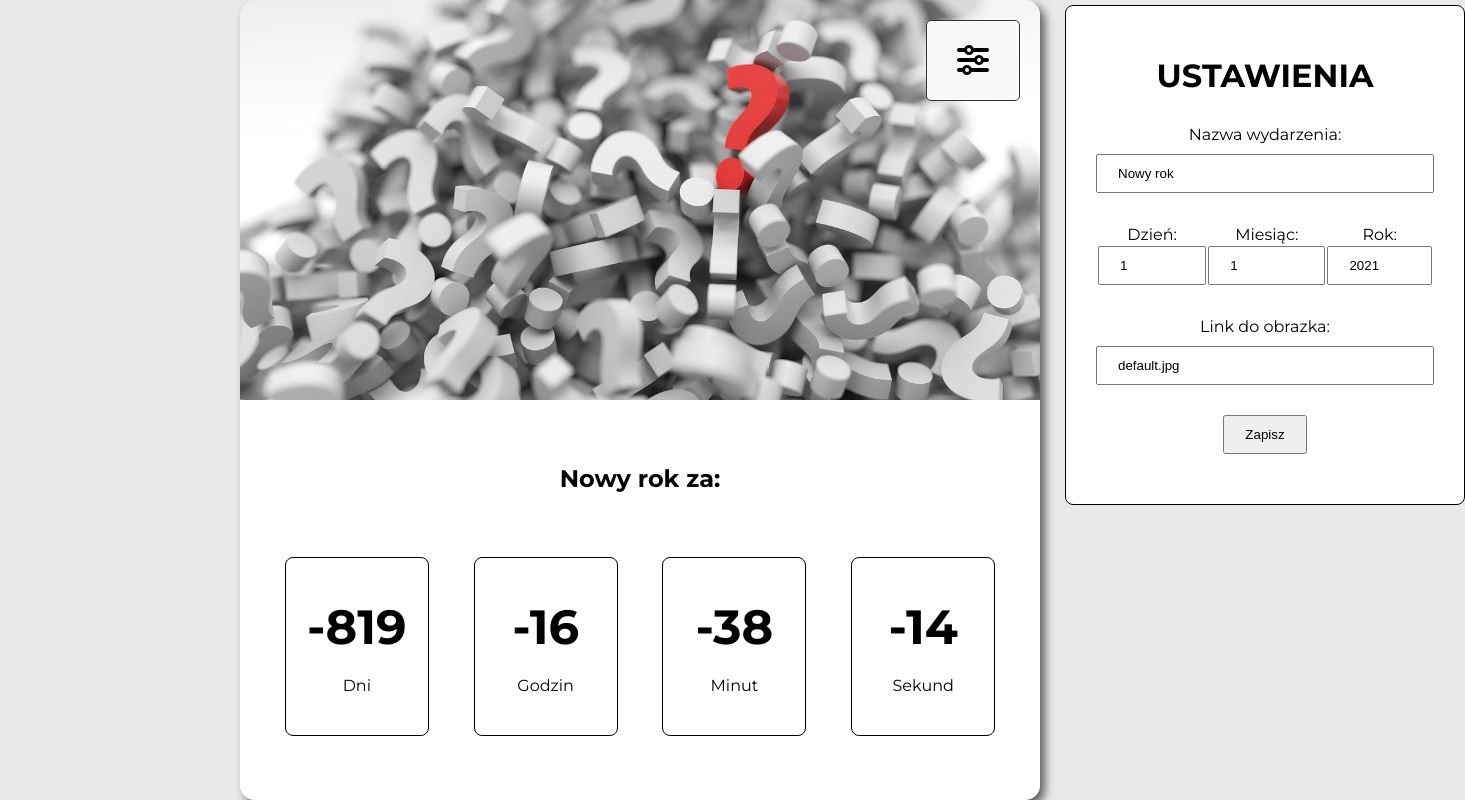
Repository: kimi1723/Countdown-timer
Page: index.html
These files come from the project's save history. The page is drawn as it stood at one moment and after the next save; the edit follows.
The browser window is 1280 px wide. The page is 1465 px wide, so the pictures cover 1465 px, including what lies to the right of the window. The pictures show the whole page.
Some web libraries are served in a nearby version.

Above is the page before, as saved 2023-03-30 15:38:57.

After the next save:
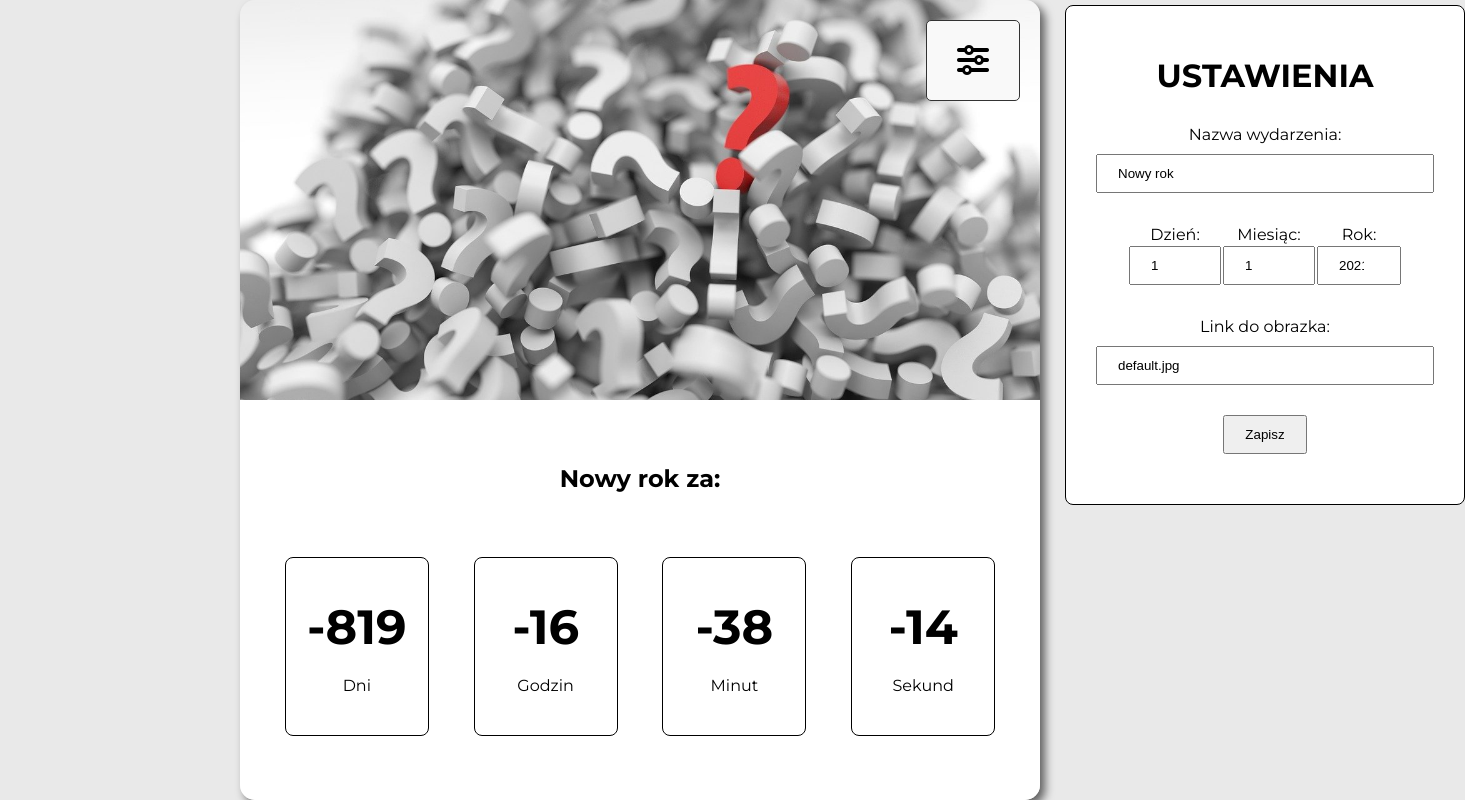
Saved 7 s later.
--- a/index.html
+++ b/index.html
@@ -29,9 +29,9 @@
                     <td><label for="event-year">Rok:</label></td>
                 </tr>
                 <tr>
-                    <td><input type="number" id="event-day" max="31" value="1"></td>
-                    <td><input type="number" id="event-month" max="12" value="1"></td>
-                    <td><input type="number" id="event-year" max="4" value="2021"></td>
+                    <td><input type="number" id="event-day" min="1" max="31" value="1"></td>
+                    <td><input type="number" id="event-month" min="1" max="12" value="1"></td>
+                    <td><input type="number" id="event-year" min="1" max="4" value="2021"></td>
                 </tr>
             </table>
             <label for="event-image">Link do obrazka:</label>
